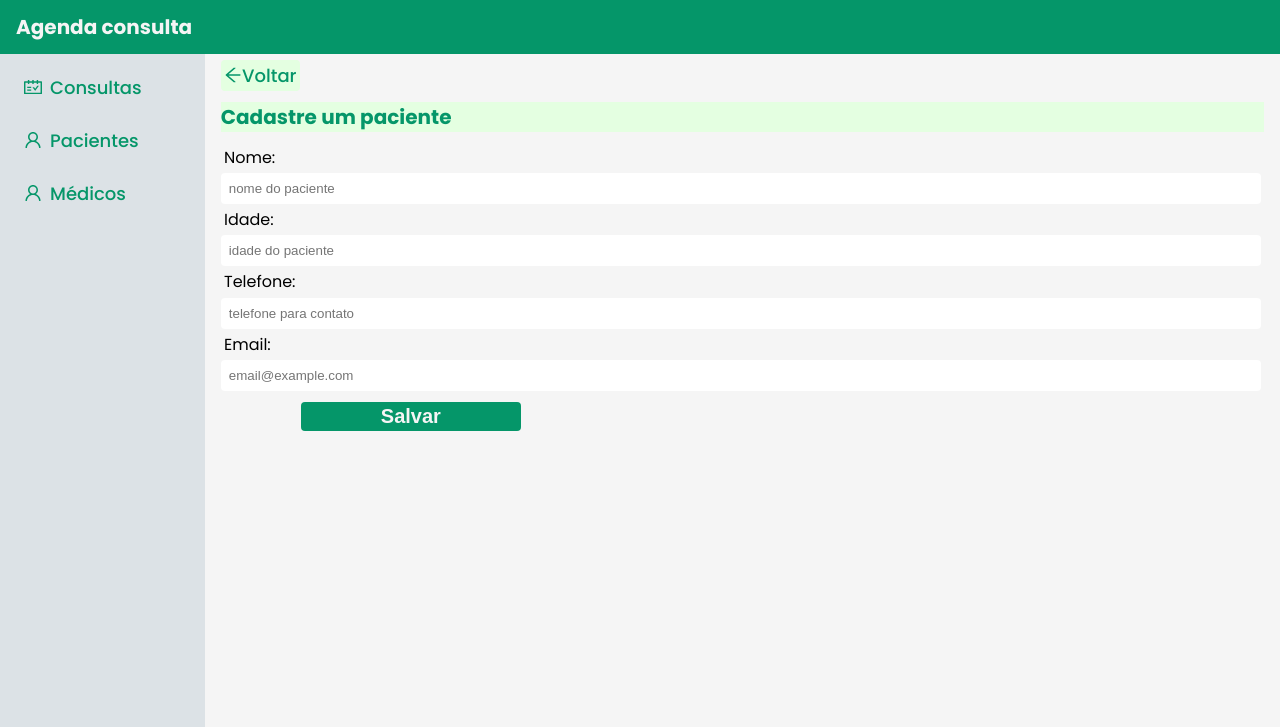
Repository: BarbaraCD/agendaconsulta
Page: /patients/new
The author's editor kept a copy of each file at every save. The page is drawn from the files as they stood at one save, then again after the next save.
The browser window is 1280 px wide. The pictures show the whole page.
The project was rebuilt for these pictures with package versions that can differ from the ones it lists, and the page was loaded fresh each time. Also part of the build but not shown: vite.config.ts, src/services/appointment.services.ts, src/styles/Appointments.ts, src/services/doctor.services.ts, src/components/Calendar.tsx, src/styles/CreateContainer.ts, src/components/DoctorTable.tsx, src/components/PatientTable.tsx and 2 more.

Above is the page before, as saved 2023-08-29 16:32:26.

### index.html
<!DOCTYPE html>
<html lang="en">
  <head>
    <meta charset="UTF-8" />
    <link rel="icon" type="image/svg+xml" href="/vite.svg" />
    <meta name="viewport" content="width=device-width, initial-scale=1.0" />

    <link rel="preconnect" href="https://fonts.googleapis.com">
    <link rel="preconnect" href="https://fonts.gstatic.com" crossorigin>
    <link href="https://fonts.googleapis.com/css2?family=Poppins:wght@400;500;700&display=swap" rel="stylesheet">

    <title>Agendamento de Consulta</title>
  </head>
  <body>
    <div id="root"></div>
    <script type="module" src="/src/main.tsx"></script>
  </body>
</html>

### src/main.tsx
/* eslint-disable @typescript-eslint/no-non-null-assertion */
import React from 'react'
import ReactDOM from 'react-dom/client'
import { ThemeProvider } from 'styled-components'
import GlobalStyle, { Container, Content } from './styles/global'
import { theme } from './styles/Theme.ts'
import App from './App.tsx'
import { Routes } from './routes/index.tsx'
import { Header } from './components/Header.tsx'
import { BrowserRouter } from 'react-router-dom'

ReactDOM.createRoot(document.getElementById('root')!).render(
  <React.StrictMode>
    <ThemeProvider theme={theme}>
      <GlobalStyle />
      <BrowserRouter>
        <Header />
        <Container>
          <App />
          <Content>
            <Routes />
          </Content>
        </Container>
      </BrowserRouter>
    </ThemeProvider>
  </React.StrictMode>,
)

### src/styles/global.ts
import styled, { createGlobalStyle } from 'styled-components'

export default createGlobalStyle`
  *{
    margin: 0;
    padding: 0;
    box-sizing: border-box;

  }
  body{
    height: 100%;
    width: 100%;
    font-family: 'Poppins', sans-serif;
    background: ${(props) => props.theme.colors.white};
    font-size: ${(props) => props.theme.size.xl};
  }
`

export const Container = styled.div`
  display: flex;
`

export const SidebarGlobal = styled.div`
  width: 16%;
`

export const Content = styled.div`
  flex: 1;
  margin: 0 1rem;
`

### src/styles/Theme.ts
export const theme = {
  colors: {
    primary: '#059669',
    head: '#059669B3',
    100: '#E4FFE1',

    sbcolor: '#DCE2E6',
    gray: '#41414D',
    black: '#000',
    white: '#f5f5f5',
  },
  size: {
    sm: '14px',
    md: '16px',
    lg: '18px',
    xl: '20px',
    xxl: '24px',
  },
}

### src/App.tsx
import { SidebarGlobal } from './styles/global'
import { Sidebar } from './components/Sidebar'

export default function App() {
  return (
    <SidebarGlobal>
      <Sidebar />
    </SidebarGlobal>
  )
}

### src/routes/index.tsx
import { AppRoutes } from './app.routes'

export function Routes() {
  return (
    <>
      <AppRoutes />
    </>
  )
}

### src/components/Header.tsx
import { Link } from 'react-router-dom'
import { styled } from 'styled-components'

const ContainerHeader = styled.div`
  padding: 12px 16px;
  width: 100%;
  min-width: 200px;
  font-weight: 700;
  overflow: visible;
  background-color: ${(props) => props.theme.colors.primary};
`

const StyleLink = styled(Link)`
  text-decoration: none;
  word-break: normal;
  display: block;
  align-items: center;
  justify-content: center;
  color: ${(props) => props.theme.colors.white};
`

export function Header() {
  return (
    <ContainerHeader>
      <StyleLink to="/">Agenda consulta</StyleLink>
    </ContainerHeader>
  )
}

### src/components/Sidebar.tsx
import { ScheduleOutlined, UserOutlined } from '@ant-design/icons'
import { StyledSidebar, StyledList } from '../styles/SidebarStyled'
import { Link } from 'react-router-dom'

export function Sidebar() {
  return (
    <StyledSidebar>
      <StyledList>
        <li>
          <ScheduleOutlined style={{ color: '#059669' }} />
          <Link to="/appointments/calendar">Consultas</Link>
        </li>
        <li>
          <UserOutlined style={{ color: '#059669' }} />
          <Link to="/patients/list">Pacientes</Link>
        </li>
        <li>
          <UserOutlined style={{ color: '#059669' }} />
          <Link to="/doctors/list">Médicos</Link>
        </li>
      </StyledList>
    </StyledSidebar>
  )
}

### src/routes/app.routes.tsx
import { Routes, Route } from 'react-router-dom'

import { App } from 'antd'
import { AppointmentsCalendar } from '../components/Calendar'
import { InputPatients } from '../components/InputPatient'
import { DoctorTable } from '../components/DoctorTable'
import { PatientTable } from '../components/PatientTable'
import { InputDoctors } from '../components/InputDoctors'
import { CreateAppointments } from '../components/Appointments'

export function AppRoutes() {
  return (
    <Routes>
      <Route path="/" element={<App />} />

      <Route path="/patients/new" element={<InputPatients />} />
      <Route path="/patients/:id/edit" element={<InputPatients />} />
      <Route path="/patients/list" element={<PatientTable />} />

      <Route path="/doctors/new" element={<InputDoctors />} />
      <Route path="/doctors/:id/edit" element={<InputDoctors />} />
      <Route path="/doctors/list" element={<DoctorTable />} />

      <Route path="/appointments/new" element={<CreateAppointments />} />
      <Route path="/appointments/:id/edit" element={<CreateAppointments />} />
      <Route path="/appointments/calendar" element={<AppointmentsCalendar />} />
    </Routes>
  )
}

### src/styles/SidebarStyled.ts
import styled from 'styled-components'

export const StyledSidebar = styled.div`
  display: flex;
  flex-direction: column;
  background-color: ${(props) => props.theme.colors.sbcolor};
  color: ${(props) => props.theme.colors.black};
  font-size: ${(props) => props.theme.size.lg};
  font-weight: 500;
  justify-content: flex-start;
  align-items: flex-start;
  overflow: auto;
  height: 93.5vh;
  min-height: 100%;
`

export const StyledList = styled.ul`
  list-style: none;
  padding: 0.5rem;

  li {
    cursor: pointer;
    padding: 1rem;
    line-height: 1.3rem;
  }

  a {
    text-decoration: none;
    color: ${(props) => props.theme.colors.primary};
    margin: 0.5rem;
    word-break: break-all;
  }
`

### src/components/InputPatient.tsx
/* eslint-disable react-hooks/exhaustive-deps */
import { z } from 'zod'
import { useForm } from 'react-hook-form'
import { zodResolver } from '@hookform/resolvers/zod'

import { useEffect, useState } from 'react'
import {
  InputContainer,
  MessageError,
  MessageSaved,
  StyledInput,
  StyledValidation,
  SubmitButton,
  StyledLink,
} from '../styles/InputContainer'
import {
  createPatient,
  updatePatient,
  getPatientById,
} from '../services/patient.services'
import { useParams, useNavigate } from 'react-router-dom'
import { ArrowLeftOutlined } from '@ant-design/icons'

const patientSchema = z.object({
  name: z
    .string()
    .nonempty('O nome é obrigatório')
    .transform((name) => {
      return name
        .trim()
        .split(' ')
        .map((word) => {
          return word[0].toLocaleUpperCase().concat(word.substring(1))
        })
        .join(' ')
    }),
  age: z.coerce.number().min(12, 'Idade obrigatória').max(120),
  telephone: z
    .string()
    .min(11, 'Telefone é obrigatório')
    .max(11, 'Telefone deve conter 11 digitos'),
  email: z
    .string()
    .nonempty('O email é obrigatório')
    .email('Formato de email inválido')
    .toLowerCase(),
})

export type PatientSchemaType = z.infer<typeof patientSchema>

export function InputPatients() {
  const {
    reset,
    register,
    handleSubmit,
    formState: { errors, isSubmitting },
  } = useForm<PatientSchemaType>({
    resolver: zodResolver(patientSchema),
    defaultValues: {
      name: '',
      age: null || undefined,
      telephone: null || undefined,
      email: '',
    },
  })

  const navigate = useNavigate()
  const { id } = useParams()
  const [successMessage, setSuccessMessage] = useState<string | null>(null)
  const [errorMessage, setErrorMessage] = useState<string | null>(null)

  useEffect(() => {
    fetchPatients()
  }, [])

  async function fetchPatients() {
    if (!id) return
    try {
      const response = await getPatientById(Number(id))
      reset(response as unknown as PatientSchemaType)
    } catch (error) {
      console.error('Error fetching Patients:', error)
    }
  }

  async function createNewPatient(data: PatientSchemaType) {
    try {
      if (id) {
        await updatePatient(Number(id), data)
        navigate(-1)
      } else {
        await createPatient(data)
      }
      setSuccessMessage('Paciente salvo com sucesso!')
      setTimeout(() => {
        setSuccessMessage(null)
      }, 2000)
      reset()
    } catch (error) {
      setErrorMessage('Erro ao cadastrar/atualizar paciente.')
    }
  }

  return (
    <InputContainer>
      {successMessage && <MessageSaved>{successMessage}</MessageSaved>}
      {errorMessage && <MessageError>{errorMessage}</MessageError>}

      <StyledLink to="/patients/list">
        <ArrowLeftOutlined />
        Voltar
      </StyledLink>

      <h3>Cadastre um paciente</h3>
      <form onSubmit={handleSubmit(createNewPatient)}>
        <div>
          <label htmlFor="name">Nome:</label>
          <StyledInput
            {...register('name')}
            type="text"
            name="name"
            id="name"
            placeholder="nome do paciente"
            autoComplete="off"
          />
          {errors.name && (
            <StyledValidation>{errors.name.message}</StyledValidation>
          )}
        </div>

        <div>
          <label htmlFor="age">Idade:</label>
          <StyledInput
            {...register('age')}
            type="number"
            name="age"
            id="age"
            maxLength={3}
            placeholder="idade do paciente"
            autoComplete="off"
          />
          {errors.age && (
            <StyledValidation>{errors.age.message}</StyledValidation>
          )}
        </div>

        <div>
          <label htmlFor="telephone">Telefone:</label>
          <StyledInput
            {...register('telephone')}
            type="number"
            name="telephone"
            id="telephone"
            placeholder="telefone para contato"
            autoComplete="off"
          />
          {errors.telephone && (
            <StyledValidation>{errors.telephone.message}</StyledValidation>
          )}
        </div>

        <div>
          <label htmlFor="email">Email:</label>
          <StyledInput
            {...register('email')}
            type="text"
            id="email"
            name="email"
            placeholder="email@example.com"
            autoComplete="off"
          />
          {errors.email && (
            <StyledValidation>{errors.email.message}</StyledValidation>
          )}
        </div>
        <SubmitButton type="submit" disabled={isSubmitting}>
          <p>Salvar</p>
        </SubmitButton>
      </form>
    </InputContainer>
  )
}

### src/styles/InputContainer.ts
import styled from 'styled-components'
import { Select } from 'antd'
import { Link } from 'react-router-dom'

export const InputContainer = styled.main`
  color: ${(props) => props.theme.colors.black};
  font-size: ${(props) => props.theme.size.md};
  padding: 0.5rem 0;

  div {
    margin: 0.2rem 0.2rem 0.2rem 0;
  }

  h3 {
    background-color: ${(props) => props.theme.colors[100]};
    color: ${(props) => props.theme.colors.primary};
    font-size: ${(props) => props.theme.size.xl};
    margin: 0.8rem 0;
  }

  label {
    display: flex;
    margin: 0.2rem;
  }

  p {
    font-size: ${(props) => props.theme.size.lg};
    font-weight: 400;
  }
`

export const StyledValidation = styled.span`
  size: ${(props) => props.theme.size.md};
  color: red;
`

export const ApFooter = styled.div`
  display: flex;
  align-items: center;
  justify-content: space-between;
  margin-bottom: 0.5rem;
`

export const StyledSelect = styled(Select)`
  width: 100%;
  border: none;
`

export const SubmitButton = styled.button`
  padding: 0.2rem 5rem;
  border: none;
  border-radius: 4px;
  overflow: hidden;
  cursor: pointer;
  margin: 0.5rem 0;
  background-color: ${(props) => props.theme.colors.primary};
  color: ${(props) => props.theme.colors.white};

  text-align: center;
  margin-left: 80px;

  p {
    font-size: ${(props) => props.theme.size.xl};
    font-weight: 600;
    overflow: hidden;
  }

  &:hover {
    background-color: ${(props) => props.theme.colors.head};
  }
`

export const StyledLink = styled(Link)`
  text-decoration: none;
  color: ${(props) => props.theme.colors.primary};
  background-color: ${(props) => props.theme.colors[100]};
  font-weight: 600;
  border-radius: 4px;
  margin: 0.5rem 0;
  padding: 0.2rem;
  justify-content: start;
  align-items: center;

  font-size: ${(props) => props.theme.size.lg};
  font-weight: 500;
  overflow: hidden;

  &:hover {
    color: ${(props) => props.theme.colors.gray};
    background-color: ${(props) => props.theme.colors.sbcolor};
  }
`

export const MessageSaved = styled.p`
  justify-content: center;
  text-align: center;
  width: 30%;
  border-radius: 4px;
  margin: 0 35%;
  background-color: ${(props) => props.theme.colors[100]};
  color: ${(props) => props.theme.colors.primary};
  size: ${(props) => props.theme.size.lg};
`

export const MessageError = styled.p`
  background-color: lightpink;
  color: red;
  justify-content: center;
  text-align: center;
  width: 30%;
  border-radius: 4px;
  margin: 0 35%;
`

export const StyledInput = styled.input`
  width: 100%;
  padding: 0.5rem;
  border: none;
  border-radius: 4px;
  overflow: hidden;
`

export const PatSpan = styled.span`
  text-decoration: none;
  color: ${(props) => props.theme.colors.primary};
  background-color: ${(props) => props.theme.colors[100]};
  font-weight: 500;
  border-radius: 4px;
  margin-top: 1rem;
`
export const FlexDiv = styled.div`
  display: flex;
  justify-content: space-between;
  align-items: center;
`

### src/services/patient.services.ts
import { PatientSchemaType } from '../components/InputPatient'
import { PatientsProps } from '../components/PatientTable'
import { api } from './ApiConfig'

export async function getPatient(): Promise<PatientsProps[]> {
  try {
    const response = await api.get('/patient')
    return response.data
  } catch (error) {
    throw new Error('Erro ao obter dados dos pacientes:')
  }
}

export async function getPatientById(id: number): Promise<PatientsProps> {
  try {
    const response = await api.get(`/patient/${id}`)
    return response.data
  } catch (error) {
    throw new Error('Erro ao obter dados dos pacientes:')
  }
}

export async function createPatient(data: PatientSchemaType) {
  return api.post('/patient', data)
}

export async function updatePatient(id: number, data: PatientSchemaType) {
  try {
    const response = await api.put(`/patient/${id}`, data)
    return response.data
  } catch (error) {
    throw new Error('Erro ao obter dados dos pacientes:')
  }
}

export async function deletePatient(id: number) {
  return await api.delete(`/patient/${id}`)
}

Loaded but not shown: src/services/ApiConfig.ts (common file)

After the next save:
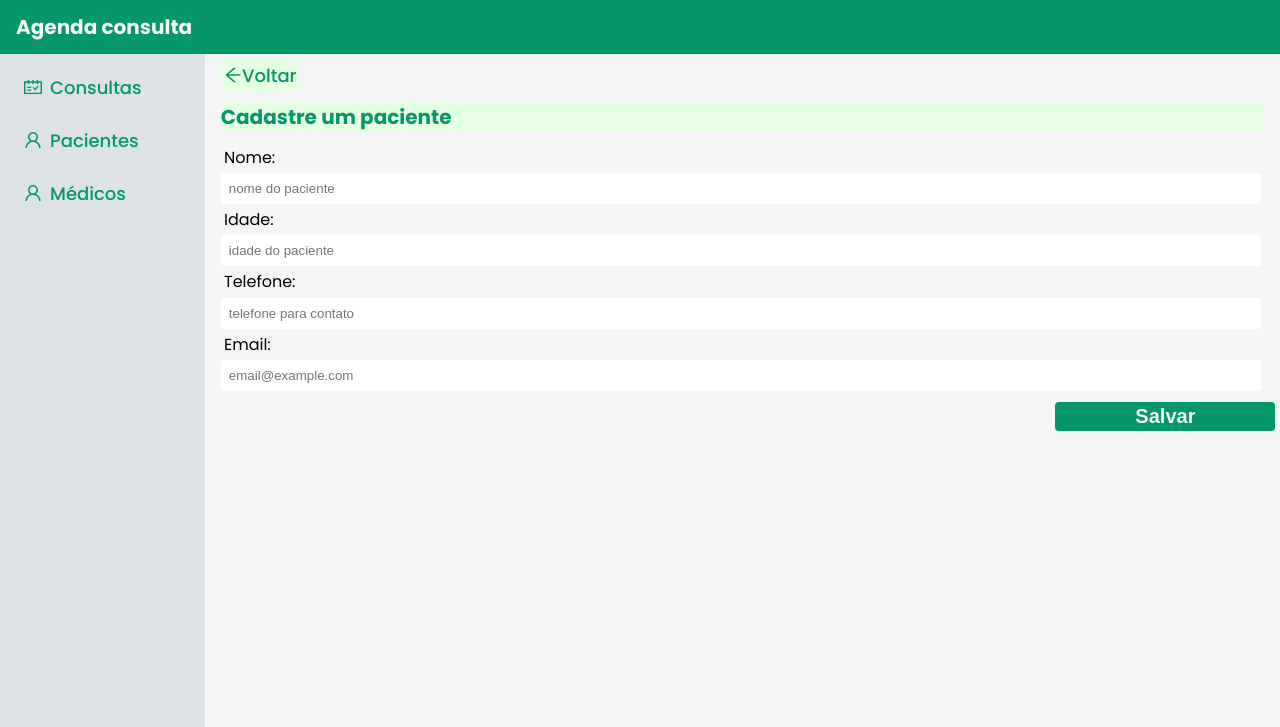
Saved 4 s later.
--- a/src/styles/InputContainer.ts
+++ b/src/styles/InputContainer.ts
@@ -57,7 +57,7 @@ export const SubmitButton = styled.button`
   color: ${(props) => props.theme.colors.white};
 
   text-align: center;
-  margin-left: 80px;
+  margin-left: 80%;
 
   p {
     font-size: ${(props) => props.theme.size.xl};
